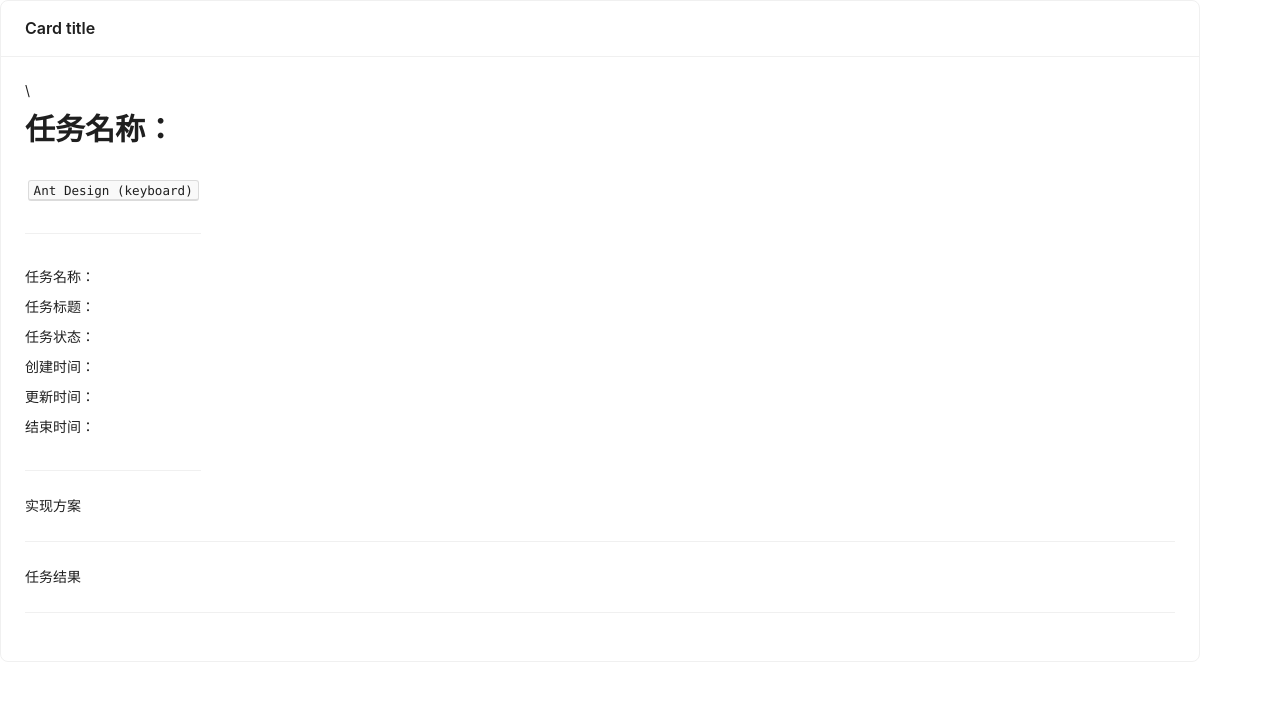
Repository: karicat996/-
Page: /task-detail
The author's editor kept a copy of each file at every save. The page is drawn from the files as they stood at one save, then again after the next save.
The browser window is 1280 px wide. The pictures show the whole page.
The project was rebuilt for these pictures with package versions that can differ from the ones it lists, and the page was loaded fresh each time. Also part of the build but not shown: vite.config.ts, src/pages/Calendar/CalendarPage.tsx, src/pages/Calendar/WishCard.less, src/pages/Calendar/cardList.less, src/pages/Calendar/CardList.tsx, src/pages/Calendar/WishCard.tsx, src/pages/Home/HomePage.tsx, src/layouts/Layouts.tsx and 12 more.

Above is the page before, as saved 2025-09-09 22:47:59.

### src/main.tsx
import { StrictMode } from 'react'
import { createRoot } from 'react-dom/client'
import './index.css'
import MainRouter from './routes/MainRouter'

createRoot(document.getElementById('root')!).render(

  <StrictMode>
    <MainRouter/>
  </StrictMode>,

)

### src/index.css
html,body{
  height:auto;
  margin: auto;
  padding: 0;
  overflow: hidden
}

### src/routes/MainRouter.tsx
// 主要路由文件
import { BrowserRouter, Route, Routes} from "react-router-dom";
import { Home } from "../pages/Home/HomePage";
import { Layouts }  from "../layouts/Layouts";
import  TestDemo  from "../pages/TestDemo";
import { NotFound } from "../pages/404";
import LoginPaged from './../pages/User/Login';
import { RegisterPage } from './../pages/User/Register';
import {PlanList} from '../pages/Plan/Plans';
import { CreatePlanPage } from "../pages/Plan/newPlan";
import { EditPlanPage } from "../pages/Plan/editPlan";
import { TaskPage } from "../pages/Task/index";
import { TaskDetailPage } from "../pages/Task/taskDetail";
import {TaskEditPage } from "../pages/Task/editTask";


const MainRouter: React.FC = () => {
  return (
    <BrowserRouter>
    <Routes>
        <Route path="/" element={<Layouts />} />
        <Route path="/index" element={<Home />} />
        <Route path="*" element={<NotFound />} />
        <Route path="/test" element={<TestDemo />} />
        <Route path="/login" element={<LoginPaged />} />
        <Route path="/Register" element={<RegisterPage  />} />
        <Route path="/Plan" element={<PlanList />} />
        <Route path="/create-plan" element={<CreatePlanPage />} />
        <Route path="/edit-plan" element={<EditPlanPage />} />
        <Route path="/tasks" element={<TaskPage />} />
        <Route path="/task-detail" element={<TaskDetailPage />} />
        <Route path="/edit-task" element={<TaskEditPage />} />
    </Routes>
    </BrowserRouter>
  )
}


export default MainRouter

### src/pages/Task/taskDetail.tsx
import "./index.less"
import React from "react";
import { useState, useEffect} from "react";
import { Space, Typography, Divider,Card } from 'antd';
const { Text, Link, Title} = Typography;
import './index.less';
interface TaskDetailPageProps {
        name: string
}

export const TaskDetailPage : React.FC = () => {

  const [taskid,setTaskid] = useState<string>();



    return (
     <>
    <Card title="Card title"
     style={{ width: 1200 }}>
      <div  className="TaskDetail">
      <Space direction="vertical">\
        <Title level={2}>任务名称：</Title>
        <Text mark>{ }</Text>
        <Text keyboard>Ant Design (keyboard)</Text>
        <Divider />
        <p>任务名称：<Text mark>{ }</Text></p>
        <p>任务标题：<Text mark>{ }</Text></p>
        <p>任务状态：<Text mark>{ }</Text></p>
        <p>创建时间：<Text mark>{ }</Text></p>
        <p>更新时间：<Text mark>{ }</Text></p>
        <p>结束时间：<Text mark>{ }</Text></p>
        <Divider />

        </Space>
      </div>

        <div className="TaskScheme">
            实现方案
          </div>
          <Divider />
        <div className="TaskResult">
            任务结果
          </div>
          <Divider />
        </Card>
     </>
    )
  }

  export default TaskDetailPage;

### src/pages/Home/HomePage.less
*{
    box-sizing: border-box;
    margin:0;
    padding:0;
}

body{
    font-family: Arail, sans-serif;
}

.container {
    width: 100%;
    height: 135vh;
    overflow: hidden;

}

.header-container{
    width: 100%;
    height: 7%;
    margin-bottom: 1%;
    flex-wrap: wrap;
    background-color: #5ece5e;
    color: rgba(255, 255, 255, 0.514);
    padding: 10px 0;
}

.core-container{
    display: flex;
    width: 100%;
    height: 60%;

}


.left-container{
    float: left;
    background-color: white;
    border: 1px solid rgba(128, 128, 128, 0.5);
    border-radius: 10px 10px 10px 10px;
    width: 25%;
    max-height: 90vh;       /* 限制最大高度为视口80% */
    overflow-y: auto;       /* 启用垂直滚动 */
    padding: 10px;          /* 避免内容贴边 */
}

.middle-container{
    display: flex;
    flex-direction: column;
    background-color: white;
    border-radius: 10px 10px 10px 10px;
    border: 1px solid rgba(128, 128, 128, 0.5);
    width: 52%;
    height: 100%;
    margin-left: 1%;
    margin-right: 1%;

}

.middle-on-container {
    flex: 0 0 32%; /* 占据可用空间 */
    background-color: #4625253b;
    border-radius: 10px 10px 0 0;
    width: 100%;
    margin-bottom: 10px;
    margin-bottom: 10px; /* 下方间距 */
    flex-shrink: 1;

}

.middle-under-container {
    display: flex;
    flex-direction: column;
    flex: 1; /* 占据可用空间 */
    width: 100%;
    flex-basis: 250px;
    background-color: white;
    margin-top: 5px;
    margin-bottom: 10px;
    overflow: hidden;
    flex-shrink: 1;
}

.right-container {
    float: right;
    background-color: white;
    border-radius: 10px 10px 10px 10px;
    border: 1px solid rgba(104, 94, 94, 0.5);
    width: 22%;
    height: 100%;

}

.footer-container{
    width: 100%;
    height: 5%;
    flex-wrap: wrap;
    background-color: #767a76;
    color: rgba(255, 255, 255, 0.514);
    padding: 10px 0;
}

### src/layouts/TopNav/TopNav.tsx
import React, {useState} from  "react";
import { AppstoreOutlined, MailOutlined, SettingOutlined } from '@ant-design/icons';
import type { MenuProps } from 'antd';
import { Menu } from 'antd';


type MenuItem = Required<MenuProps>['items'][number];


const items: MenuItem[] = [
    {
      label: 'Navigation One',
      key: 'mail',
      icon: <MailOutlined />,
    },
    {
      label: 'Navigation Two',
      key: 'app',
      icon: <AppstoreOutlined />,
      disabled: true,
    },
    {
      label: 'Navigation Three - Submenu',
      key: 'SubMenu',
      icon: <SettingOutlined />,
      children: [
        {
          type: 'group',
          label: 'Item 1',
          children: [
            { label: 'Option 1', key: 'setting:1' },
            { label: 'Option 2', key: 'setting:2' },
          ],
        },
        {
          type: 'group',
          label: 'Item 2',
          children: [
            { label: 'Option 3', key: 'setting:3' },
            { label: 'Option 4', key: 'setting:4' },
          ],
        },
      ],
    },
    {
      key: 'alipay',
      label: (
        <a href="https://ant.design" target="_blank" rel="noopener noreferrer">
          Navigation Four - Link
        </a>
      ),
    },
  ];
export const TopNav = () => {
    const [current, setCurrent] = useState('mail');

    const onClick: MenuProps['onClick'] = (e) => {
        console.log('click ', e);
        setCurrent(e.key);
      };

    return (
        <Menu onClick={onClick} selectedKeys={[current]} mode="horizontal" items={items} />
    )
}

export default TopNav;

### src/layouts/SideNav/SideNav.tsx
import React, {useState} from "react"
import { AppstoreOutlined,HomeOutlined, SettingOutlined } from '@ant-design/icons';
import type { MenuProps, MenuTheme } from 'antd';
import { Menu, Switch } from 'antd';
import { useNavigate } from 'react-router-dom';



type MenuItem = (Required<MenuProps>['items'][number]& { route?: string });

const items: MenuItem[] = [
  {
    key: 'sub1',
    label: '欢迎来到我的网站',
    icon: <HomeOutlined />,
    children: [
      { key: '1', label: 'Plan', route: '/plan' } as MenuItem//明确指定类型

    ],
  },

];


export const SideNav = () => {

  const [theme, setTheme] = useState<MenuTheme>('dark');
  const [current, setCurrent] = useState('1');
  const navigate = useNavigate();
  const changeTheme = (value: boolean) => {
    setTheme(value ? 'dark' : 'light');
  };

  const onClick: MenuProps['onClick'] = (e) => {
    console.log('click ', e);
    setCurrent(e.key);
  };



  return (
    <>
    <Switch
      checked={theme === 'dark'}
      onChange={changeTheme}
      checkedChildren="Dark"
      unCheckedChildren="Light"
    />
    <br />
    <br />
    <Menu
      theme={theme}
      onClick={onClick}
      style={{ width: 256 }}
      defaultOpenKeys={['sub1']}
      selectedKeys={[current]}
      mode="inline"
      items={items}
    />
  </>
  )
}

export default SideNav;

### src/pages/Task/index.less
*{
    box-sizing: border-box;
    margin:0;
    padding:0;
}



.body{
    font-family: Arail, sans-serif;
}



.container{
    width: 100%;
    height: 135vh;
    overflow: hidden;
}



.createTask{
    flex-grow: 1;

}



.TaskDetail{
    width: 300
}

Loaded but not shown: index.html (common file)

After the next save:
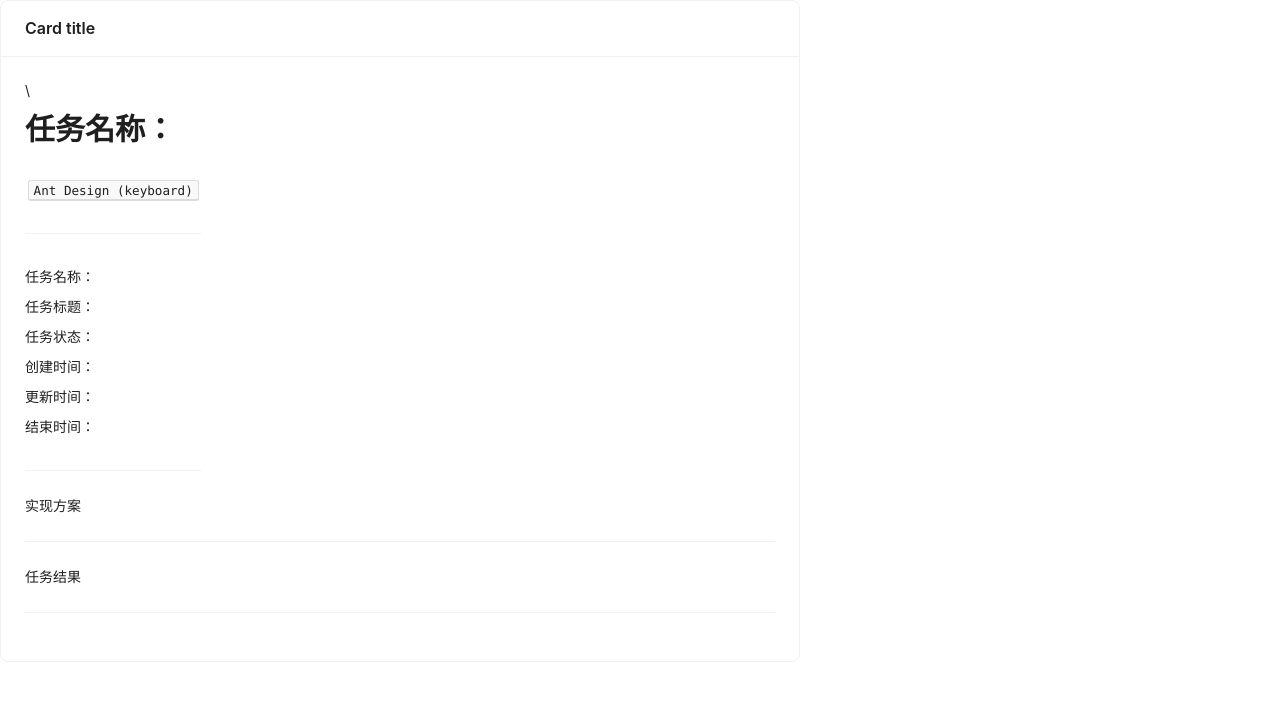
Saved 8 s later.
--- a/src/pages/Task/taskDetail.tsx
+++ b/src/pages/Task/taskDetail.tsx
@@ -17,7 +17,7 @@ export const TaskDetailPage : React.FC = () => {
     return (
      <>
     <Card title="Card title"
-     style={{ width: 1200 }}>
+     style={{ width: 800 }}>
       <div  className="TaskDetail">
       <Space direction="vertical">\
         <Title level={2}>任务名称：</Title>
